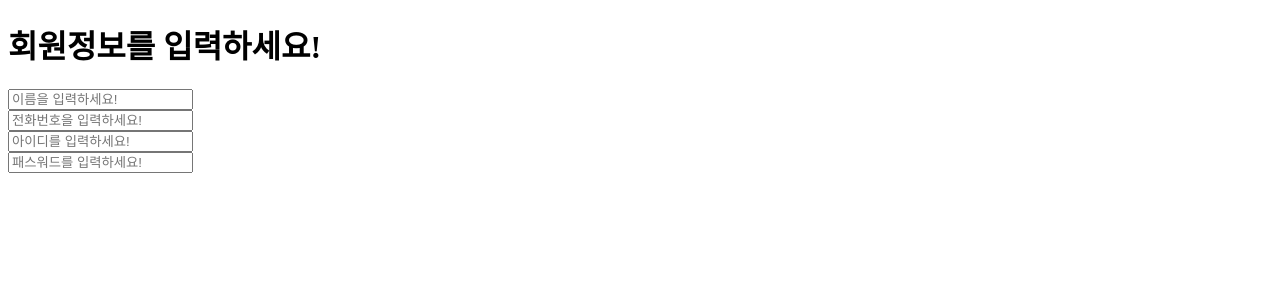
Repository: shashak23/spring_workspace
Page: springweb/src/main/webapp/WEB-INF/views/memberForm.html
These files come from the project's save history. The page is drawn as it stood at one moment and after the next save; the edit follows.
The browser window is 1280 px wide. The pictures show the whole page.

Above is the page before, as saved 2023-02-27 02:12:41.

### springweb/src/main/webapp/WEB-INF/views/memberForm.html
<!DOCTYPE html>
<html>
<head>
<meta charset="UTF-8">
<title>Insert title here</title>
</head>
<body>
	<h1>회원정보를 입력하세요!</h1>
	<form action="/springweb/member1" method="POST">
		<input type="text" placeholder="이름을 입력하세요!" name="name"><br>
		<input type="text" placeholder="전화번호을 입력하세요!" name="phone"><br>
		<input type="text" placeholder="아이디를 입력하세요!" name="id"><br>
		<input type="password" placeholder="패스워드를 입력하세요!" name="pw"><br>

	</form>
</body>
</html>

After the next save:
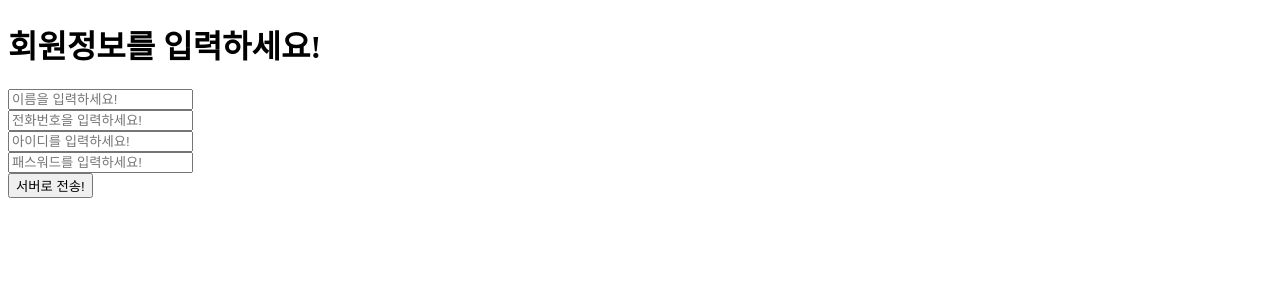
Saved 25 s later.
--- a/springweb/src/main/webapp/WEB-INF/views/memberForm.html
+++ b/springweb/src/main/webapp/WEB-INF/views/memberForm.html
@@ -12,6 +12,8 @@
 		<input type="text" placeholder="아이디를 입력하세요!" name="id"><br>
 		<input type="password" placeholder="패스워드를 입력하세요!" name="pw"><br>
 
+		<input type="submit" value="서버로 전송!">
+
 	</form>
 </body>
 </html>
